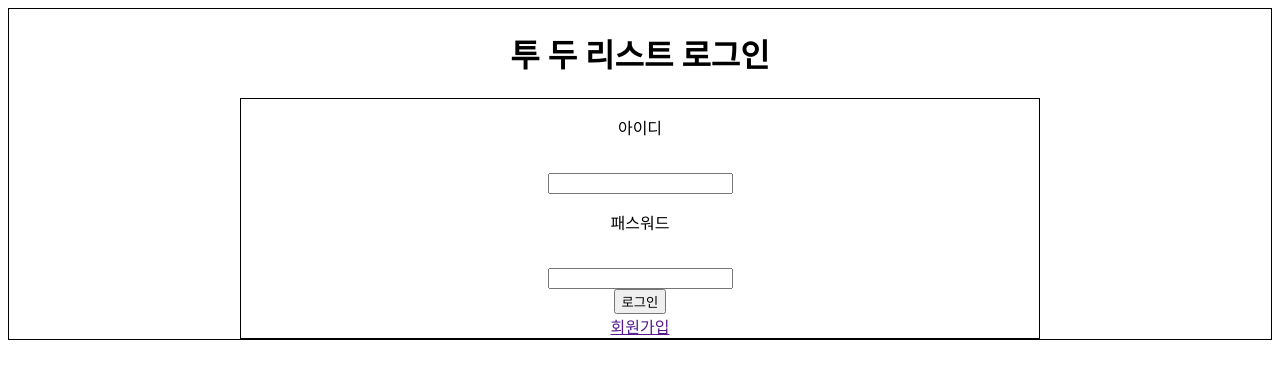
Repository: kdhleppa/server
Page: http://localhost/todoList/
These files come from the project's save history. The page is drawn as it stood at one moment and after the next save; the edit follows.
The browser window is 1280 px wide. The pictures show the whole page.
The page is served by Tomcat 9. Other server files are loaded and not shown.

Above is the page before, as saved 2023-09-26 03:40:12.

### todoList/src/main/webapp/index.jsp
<%@ page language="java" contentType="text/html; charset=UTF-8"
    pageEncoding="UTF-8"%>

<%@ taglib prefix="c" uri="http://java.sun.com/jsp/jstl/core"%>
<!DOCTYPE html>
<html>
<head>
<meta charset="UTF-8">
<title>todolist</title>

<link rel="stylesheet" href="/resources/css/main.css">
</head>
<body>
	<main>
	    <div id="container">
	    <h1>투 두 리스트 로그인</h1>
	    <div id="formcontainer">
	    <form action="/member/login">
	        <p>아이디</p><br>
	        <input type="text" name="inputId">
	        <p>패스워드</p><br>
	        <input type="password" name="inputPw">
	        <button>로그인</button>
	        <a href="">회원가입</a>
	    </form>
	    </div>
	    </div>
	</main>

</body>
</html>

### todoList/src/main/webapp/resources/css/main.css
@charset "UTF-8";

* {
    box-sizing: border-box;
}

div {
    border: 1px solid black;
}

#container {
    display: flex;
    justify-content: center;
    align-items: center;
    flex-direction: column;
}

form {
    display: flex;
    justify-content: center;
    align-items: center;
    flex-direction: column;
}

#formcontainer {
	display: flex;
    justify-content: center;
    align-items: center;
    flex-direction: column;
    width: 800px;
}

After the next save:
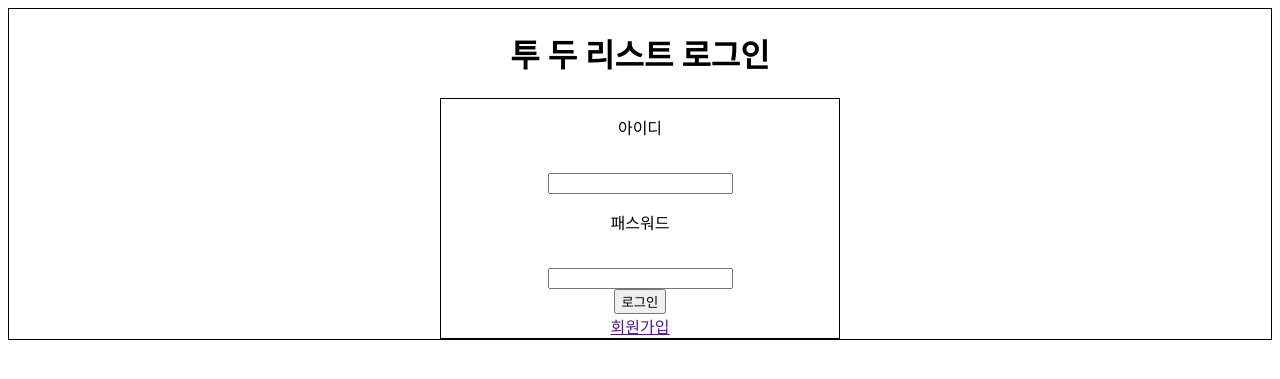
Saved 14 s later.
--- a/todoList/src/main/webapp/resources/css/main.css
+++ b/todoList/src/main/webapp/resources/css/main.css
@@ -27,5 +27,5 @@ form {
     justify-content: center;
     align-items: center;
     flex-direction: column;
-    width: 800px;
+    width: 400px;
 }
